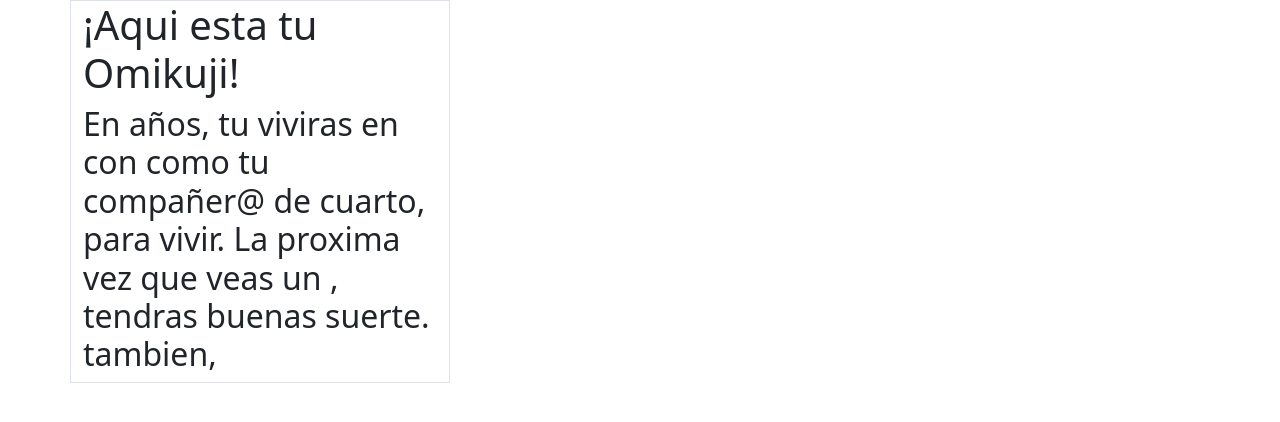
Repository: fanoneytor/condingDojo-JavaSpring
Page: http://localhost/Omikuji/WEB-INF/show.jsp
The author's editor kept a copy of each file at every save. The page is drawn from the files as they stood at one save, then again after the next save.
The browser window is 1280 px wide. The pictures show the whole page.
The page is served by Tomcat 9. Nobody is signed in. The template is opened directly, without the code that normally fills it, so the values that code supplies are empty.

Above is the page before, as saved 2023-03-12 19:03:54.

After the next save:
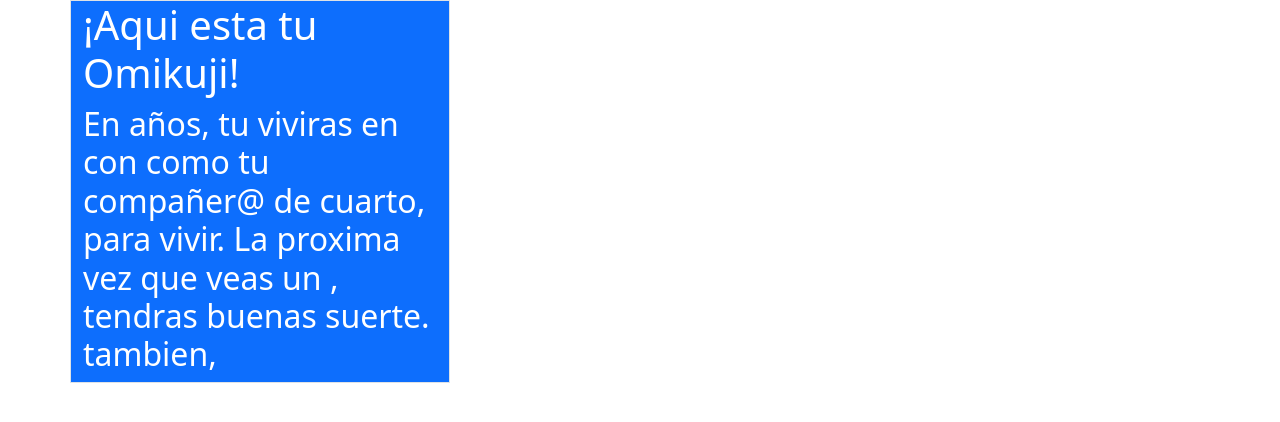
Saved 2 min 22 s later.
--- a/workspace/Omikuji/src/main/webapp/WEB-INF/show.jsp
+++ b/workspace/Omikuji/src/main/webapp/WEB-INF/show.jsp
@@ -11,7 +11,7 @@
 <body>
 	<div class="container">
 		<div class="row">
-			<div class="col-4 border">
+			<div class="col-4 border bg-primary text-white">
 				<h1>¡Aqui esta tu Omikuji!</h1>
 				<h2>En ${numero} años, tu viviras en ${nombreCiudad} con ${nombrePersona}
 				como tu compañer@ de cuarto, ${profesion} para vivir. La proxima vez
